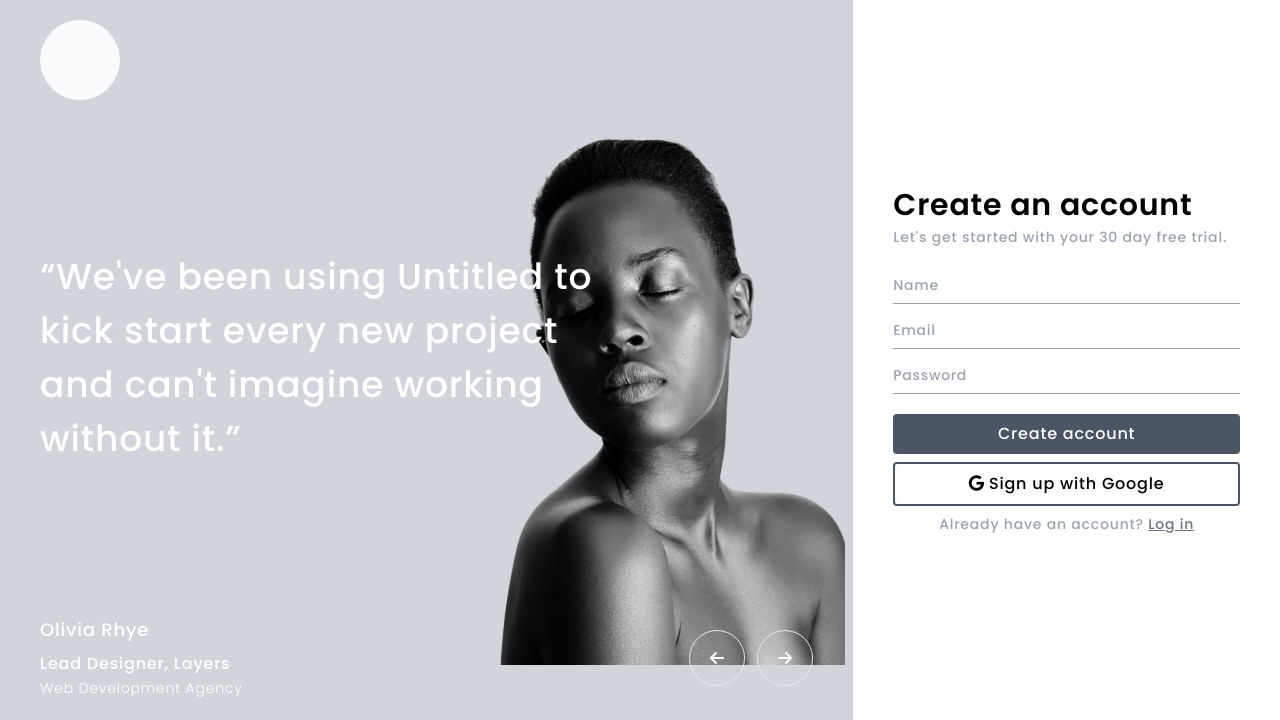
Repository: debthebuilder/youtube-html-contact-form-tailwindcss
Page: contact.html
An editor plug-in stored every save of this project. The page is shown before and after the next save, followed by the edit.
The browser window is 1280 px wide. The pictures show the whole page.
Some web libraries are served in a nearby version.

Above is the page before, as saved 2022-08-03 06:26:16.

### contact.html
<!DOCTYPE html>
<html lang="en">
<head>
    <meta charset="UTF-8">
    <meta http-equiv="X-UA-Compatible" content="IE=edge">
    <meta name="viewport" content="width=device-width, initial-scale=1.0">
    <link rel="stylesheet" href="https://cdnjs.cloudflare.com/ajax/libs/font-awesome/6.1.2/css/all.min.css" integrity="sha512-1sCRPdkRXhBV2PBLUdRb4tMg1w2YPf37qatUFeS7zlBy7jJI8Lf4VHwWfZZfpXtYSLy85pkm9GaYVYMfw5BC1A==" crossorigin="anonymous" referrerpolicy="no-referrer" />
    <link rel="preconnect" href="https://fonts.googleapis.com">
    <link rel="preconnect" href="https://fonts.gstatic.com" crossorigin>
    <link href="https://fonts.googleapis.com/css2?family=Poppins:wght@300;500;600&display=swap" rel="stylesheet">
    <link href="stylesheet.css" rel="stylesheet">
    <script src="https://cdn.tailwindcss.com"></script>
    <title>HTML Contact Form</title>
</head>
<body>
    <div class="w-full h-screen flex tracking-wider">
        <!--Background Image with Overlay text-->
        <div class="w-4/6 text-white bg-gray-300  flex flex-col justify-between py-5 px-10  bgImg">
            <a href="#" class="block">
                <div class="w-20 h-20 bg-gray-50 rounded-full"></div>
            </a>
            <q class="text-4xl leading-normal w-3/4 mt-18 ">We've been using Untitled to kick start every new project and can't imagine working without it.</q>
            <div class="flex flex-row items-center justify-between">
                <div>
                    <h3 class="mb-2 text-lg">Olivia Rhye</h3>
                    <div class="font-normal">Lead Designer, Layers</div>
                    <span class="font-light text-sm">Web Development Agency</span>
                </div>
                <div class="flex">
                    <span class="w-14 h-14 flex items-center justify-center border rounded-full">
                        <i class="fa-solid fa-arrow-left"></i>
                    </span>
                    <span class="w-14 h-14 flex items-center justify-center border rounded-full ml-3">
                        <i class="fa-solid fa-arrow-right"></i>
                    </span>

                </div>
            </div>
        </div>
        <!--Form-->
        <div class="w-2/6 px-10 flex flex-col justify-center">
            <h2 class="text-3xl font-semibold">Create an account</h2>
            <span class="text-sm text-gray-400 mt-1">Let's get started with your 30 day free trial.</span>
            <form class="mt-5">
                <input type="text" name="name" placeholder="Name" class="w-full border-b border-gray-400 placeholder:text-gray-400 pb-2  text-sm tracking-wider focus:outline-none focus:border-0 focus:border-b-2 my-2">
                <input type="email" name="email" placeholder="Email" class="w-full border-b border-gray-400 placeholder:text-gray-400 pb-2  text-sm tracking-wider focus:outline-none focus:border-0 focus:border-b-2 my-2">
                <input type="password" name="password" placeholder="Password" class="w-full border-b border-gray-400 placeholder:text-gray-400 pb-2  text-sm tracking-wider focus:outline-none focus:border-0 focus:border-b-2 my-2">
                <div class="mt-3">
                    <button class="block bg-gray-600 w-full py-2 rounded my-2 text-white">Create account</button>
                    <button class="block border-2 border-gray-600  w-full py-2 my-2 rounded"><span class="mr-1"><i class="fa-brands fa-google"></i></span>Sign up with Google</button>
                </div>
                <p class="text-center text-sm text-gray-400 mt-2">Already have an account? <a href="#" class="underline text-gray-500">Log in</a></p>
            </form>



        </div>
    </div>
</body>
</html>

### stylesheet.css
body{
    font-family: 'Poppins', sans-serif;
}

.bgImg {
    background: url(/assets/bg2.png) no-repeat center center fixed;
}

After the next save:
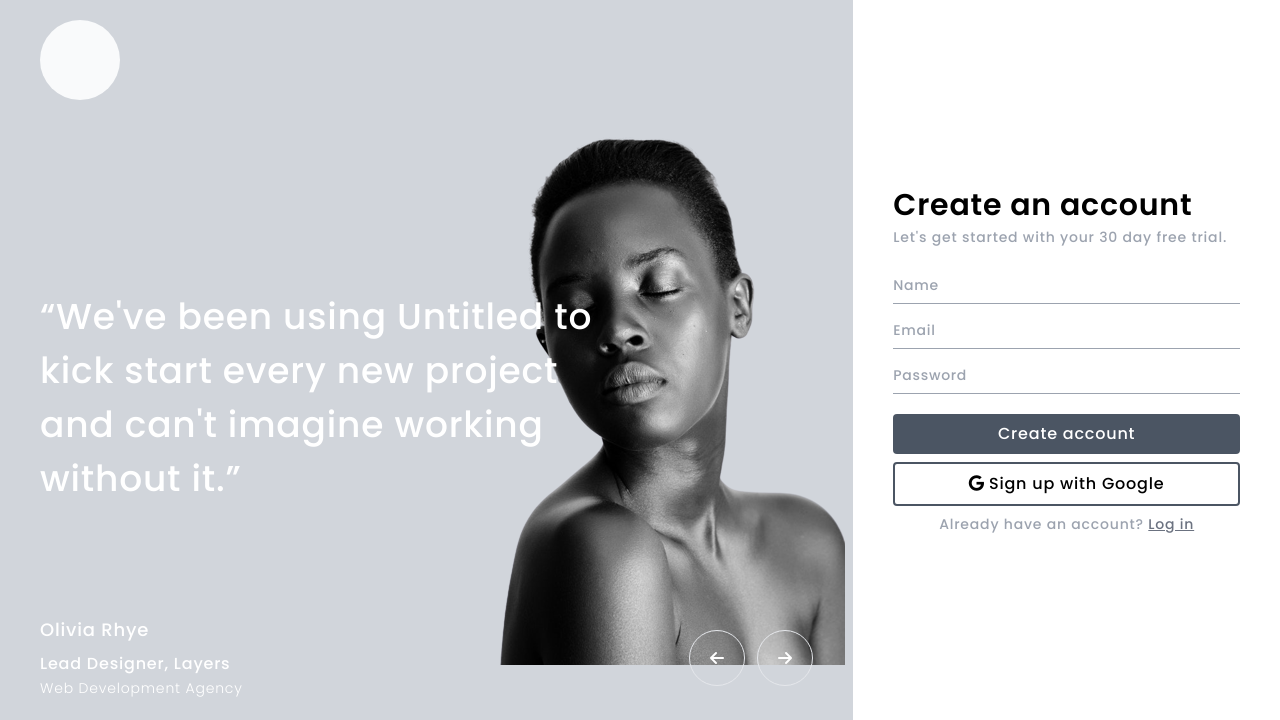
Saved 5 s later.
--- a/contact.html
+++ b/contact.html
@@ -19,7 +19,7 @@
             <a href="#" class="block">
                 <div class="w-20 h-20 bg-gray-50 rounded-full"></div>
             </a>
-            <q class="text-4xl leading-normal w-3/4 mt-18 ">We've been using Untitled to kick start every new project and can't imagine working without it.</q>
+            <q class="text-4xl leading-normal w-3/4 mt-20 ">We've been using Untitled to kick start every new project and can't imagine working without it.</q>
             <div class="flex flex-row items-center justify-between">
                 <div>
                     <h3 class="mb-2 text-lg">Olivia Rhye</h3>
